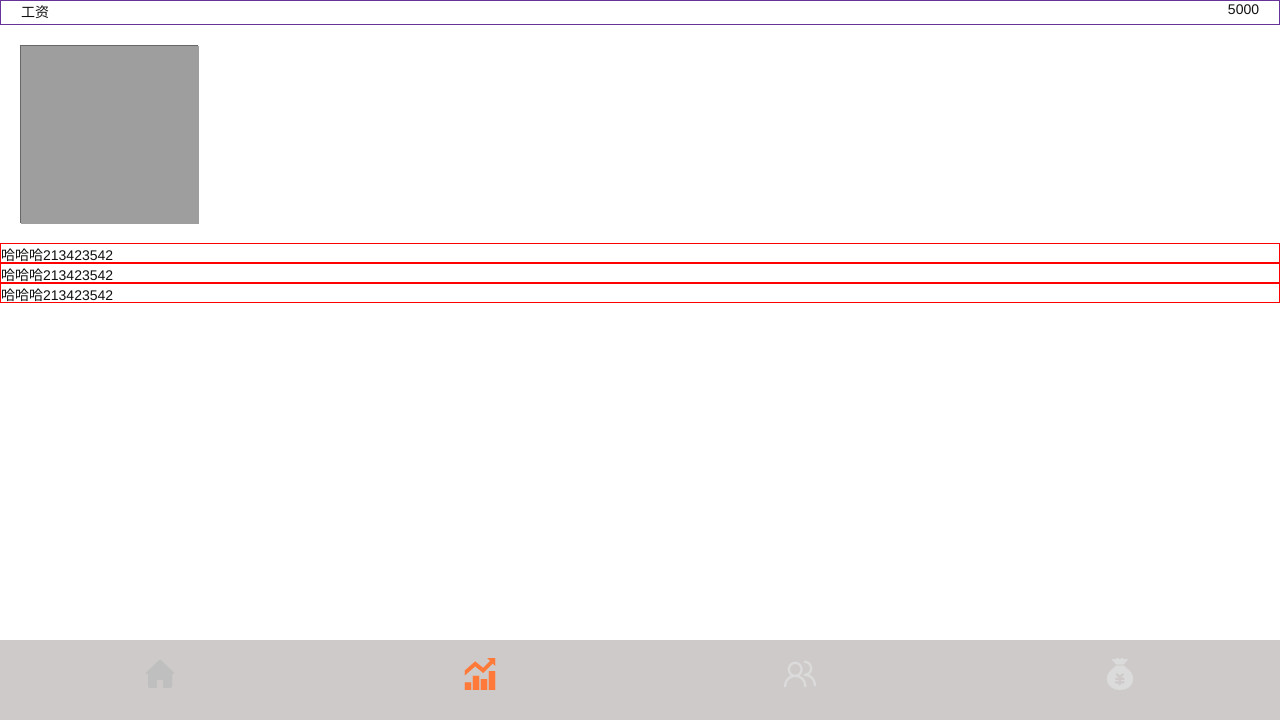
Repository: panlin520-team/lnmj-staffH5
Page: /#/salary
The author's editor kept a copy of each file at every save. The page is drawn from the files as they stood at one save, then again after the next save.
The browser window is 1280 px wide. The pictures show the whole page.
Pictures or frames that could not be fetched are drawn as grey boxes. The project was rebuilt for these pictures with package versions that can differ from the ones it lists, and the page was loaded fresh each time. Also part of the build but not shown: src/views/Lojin.vue.

Above is the page before, as saved 2020-04-09 16:16:45.

### src/main.js
import Vue from 'vue'
import App from './App.vue'
import router from './router'
import store from './store'
import ElementUI from 'element-ui'
import '@/assets/scss/reset.less'
import 'element-ui/lib/theme-chalk/index.css';
Vue.use(ElementUI)


Vue.config.productionTip = false

new Vue({
  router,
  store,
  render: h => h(App)
}).$mount('#app')

### src/App.vue
<template>
  <div id="app">
    <router-view />
  </div>
</template>
<script>
export default {
  data() {
    return {
    };
  },
  created() {},
  methods: {
  }
};
</script>
<style lang="less">
</style>

### src/router/index.js
import Vue from 'vue'
import VueRouter from 'vue-router'
import Lojin from '../views/Lojin.vue'

Vue.use(VueRouter)

const routes = [
  //首页登录
  {
    path: '/',
    name: 'Lojin',
    component: Lojin
  },
  //首页登录
  {
    path: '/Lojin',
    name: 'Lojin',
    component: Lojin
  },
  //用户注册
  {
    path: '/register',
    name: 'Register',
    component: () => import('../views/Register.vue')
  },
  //用户忘记密码
  {
    path: '/forgetpassword',
    name: 'Forgetpassword',
    component: () => import('../views/Forgetpassword.vue')
  },
  //登录首页
  {
    path: '/homepage',
    name: 'Homepage',
    component: () => import('../views/Homepage.vue')
  },
  //业绩
  {
    path: '/performance',
    name: 'Performance',
    component: () => import('../views/Performance.vue')
  },
  //组员
  {
    path: '/crew',
    name: 'Crew',
    component: () => import('../views/Crew.vue')
  },
  //工资
  {
    path: '/salary',
    name: 'Salary',
    component: () => import('../views/Salary.vue')
  },
]

const router = new VueRouter({
  routes
})

export default router

### src/assets/scss/reset.less
* {
  margin: 0;
  padding: 0;
}

div {
  box-sizing: border-box;
  -webkit-tap-highlight-color: rgba(0, 0, 0, 0);
  // -webkit-user-select: none;
}

img {
  border: 0;
}

ul,
ol {
  list-style: none;
}

textarea {
  // 禁止调节文本域尺寸
  resize: none;
  outline-style: none;
  -webkit-appearance: none;
}

input,
button {
  outline-style: none;
  box-sizing: border-box;
  border: none;
}

// 输入框提示文本颜色设置
input::-moz-focus-inner {
  border: 0;
}

input::-webkit-input-placeholder {
  /* WebKit browsers */
  color: #BBB;
}

input::-moz-placeholder {
  /* Mozilla Firefox 19+ */
  color: #BBB;
}

input:-ms-input-placeholder {
  /* Internet Explorer 10+ */
  color: #BBB;
}

html,
body {
  width: 100%;
  height: 100%;
}

body {
  background-color: #ffffff;
  font-family: "Helvetica Neue", Helvetica, "PingFang SC", "Hiragino Sans GB", "Microsoft YaHei", "微软雅黑", Arial, sans-serif;
  font-size: 14px;
  color: #101010;
}

#app {
  position: relative;
  width: 100%;
  height: 100%;
}

// 滚动条尺寸
div::-webkit-scrollbar {
  width: 10px;
  height: 10px;
}

// 滚动条内部方块
// div::-webkit-scrollbar-thumb {
//   border-radius: 10px;
//   box-shadow: inset 0 0 5px rgba(0, 0, 0, 0.2);
//   background: #52BD3A;
// }

// 滚动条轨道
// div::-webkit-scrollbar-track {
//   box-shadow: inset 0 0 5px rgba(0, 0, 0, 0.2);
//   border-radius: 10px;
//   background: rgba(0, 0, 0, 0.1);
// }

.topBand {
  width: 100%;
  height: 80px;
  background: #23A547;
  display: flex;
  position: fixed;
  top: 0;
  left: 0;
  z-index: 100;
}

.container {
  display: flex;
  background: #ffffff;
  padding-top: 80px;
  z-index: 99;
  height: 100%;

  .aside {
    width: 200px;
    min-width: 200px;
    overflow: hidden;
    white-space: nowrap;
    text-overflow: ellipsis;
    position: fixed;
    top: 80px;
    bottom: 0;
    left: 0;
  }

  .main {
    flex: 1;

    &.active {
      padding-left: 200px;
    }
  }
}

.footer {
  height: 80px;
  background: #23A547;
}

.scrollX {
  overflow-x: auto;
  overflow-y: hidden;
}

.scrollY {
  overflow-x: hidden;
  overflow-y: auto;
  width: 100%;
}

.popPage {
  position: fixed;
  top: 0;
  left: 0;
  width: 100%;
  height: 100%;
  padding: 20px;
  z-index: 100;
  background-color: #ffffff;
}

.nowrap {
  overflow: hidden;
  white-space: nowrap;
  text-overflow: ellipsis;
}

.btn-pointer {
  cursor: pointer;
}

### src/views/Salary.vue
 <!--工资-->
<template>
  <div class="salary">
    <div
      class="content"
      :style="{'height': (virtualHeight - 80)+'px','overflow':'auto','margin-bottom':80+'px'}"
    >
      <div class="wage">
        <label>工资</label>
        <span>{{salarywage}}</span>
      </div>
      <div class="uplodse">
        <el-upload
          class="avatar-uploader"
          action="https://jsonplaceholder.typicode.com/posts/"
          :show-file-list="false"
          :on-success="handleAvatarSuccess"
          :before-upload="beforeAvatarUpload"
        >
          <img v-if="imageUrl" :src="imageUrl" class="avatar" />
          <i v-else class="el-icon-plus avatar-uploader-icon"></i>
        </el-upload>
      </div>
      <div class="wwwobjext" v-for="item in dataondter" :key="item.id">
        <label>{{item.name}}</label>
        <span>{{item.number}}</span>
      </div>
    </div>

    <!-- 底部导航 -->
    <div class="switchoverBtn">
      <Btnnavigation></Btnnavigation>
    </div>
  </div>
</template>

<script>
//引入模块
import Btnnavigation from "@/components/Btnnavigation.vue";
export default {
  name: "salary",
  components: { Btnnavigation },
  data() {
    return {
      // 浏览器可视高度
      virtualHeight: window.innerHeight,
      //工资
      salarywage: "5000",
      imageUrl: "../assets/images/backcolor.jpg",
      dataondter: [
        {
          name: "哈哈哈",
          number: "213423542"
        },
         {
          name: "哈哈哈",
          number: "213423542"
        },
         {
          name: "哈哈哈",
          number: "213423542"
        },
      ]
    };
  },
  created() {},
  methods: {
    handleAvatarSuccess(res, file) {
      this.imageUrl = URL.createObjectURL(file.raw);
    },
    beforeAvatarUpload(file) {
      const isLt2M = file.size / 1024 / 1024 < 2;
      if (!isLt2M) {
        this.$message.error("上传头像图片大小不能超过 2MB!");
      }
      return isLt2M;
    }
  }
};
</script>

<style lang="less" scoped>
.salary {
  width: 100%;
  height: 100%;
  position: relative;
  .content {
    width: 100%;
    .wage {
      width: 100%;
      display: flex;
      justify-content: space-between;
      height: 25px;
      border: 1px solid rebeccapurple;
      padding: 0 20px;
    }
    .uplodse {
      width: 178px;
      height: 178px;
      border: 1px solid rgb(104, 102, 102);
      margin: 20px;
      .avatar-uploader .el-upload {
        border: 1px dashed #d9d9d9;
        border-radius: 6px;
        cursor: pointer;
        position: relative;
        overflow: hidden;
      }
      .avatar-uploader .el-upload:hover {
        border-color: #409eff;
      }
      .avatar-uploader-icon {
        font-size: 28px;
        color: #8c939d;
        width: 178px;
        height: 178px;
        line-height: 178px;
        text-align: center;
      }
      .avatar {
        width: 178px;
        height: 178px;
        display: block;
      }
    }
    .wwwobjext {
      width: 100%;
      height: 20px;
      border: 1px solid red;
    }
  }
  .switchoverBtn {
    position: absolute;
    bottom: 0;
    width: 100%;
    height: 80px;
    z-index: 999;
  }
}
</style>

### src/components/Btnnavigation.vue
 <!--底部导航-->
<template>
  <div class="btnnavigation">
    <!-- <div class="somenavigation" to="/homepage">
      <div class="navitnew">
      <router-link to="/homepage">首页</router-link>
      </div>
    </div> -->
    <router-link class="somenavigation" to="/homepage">
      <div class="navitnew">
        <img src="../assets/images/homepage.png" alt />
      </div>
    </router-link>
    <router-link class="somenavigation" to="/Performance">
      <div class="navitnew">
        <img src="../assets/images/performance.png" alt />
      </div>
    </router-link>
    <router-link class="somenavigation" to="/crew">
      <div class="navitnew">
        <img src="../assets/images/crew.png" alt />
      </div>
    </router-link>
    <router-link class="somenavigation" to="/salary">
      <div class="navitnew">
        <img src="../assets/images/wage.png" alt />
      </div>
    </router-link>
  </div>
</template>

<script>
export default {
  name: "btnnavigation",
  components: {},
  data() {
    return {
      operate: [
        { id: 1, name: "系统1", path: "/homepage" },
        { id: 2, name: "系统2", path: "/Performance" },
        { id: 3, name: "系统3", path: "/crew" },
        { id: 4, name: "系统4", path: "/salary" }
      ]
    };
  },
  created() {},
  methods: {
    change() {}
  }
};
</script>

<style lang="less" scoped>
.btnnavigation {
  width: 100%;
  height: 80px;
  position: fixed;
  bottom: 0;
  display: flex;
  background-color: rgb(207, 202, 202);
  .somenavigation {
    width: 25%;
    .navitnew {
      text-align: center;
      line-height: 90px;
      color: red;
    }
  }
}
</style>

Loaded but not shown: public/index.html (common file); src/store/index.js (common file)

After the next save:
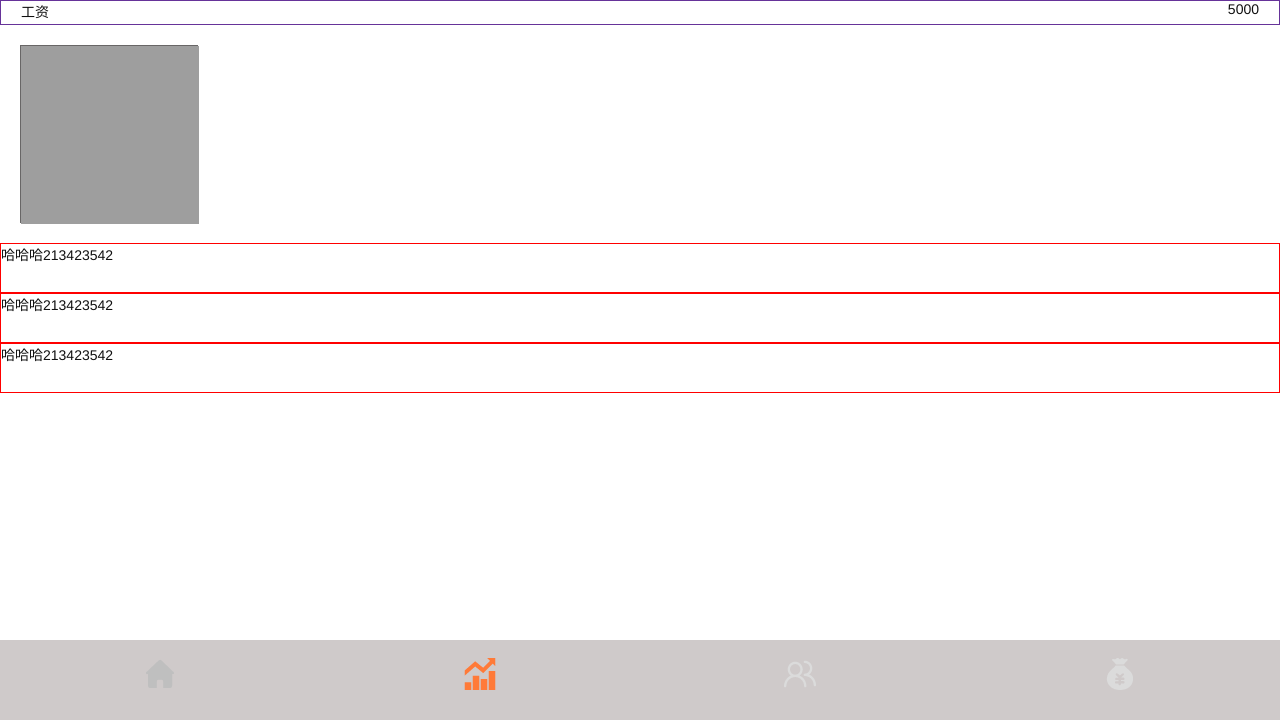
Saved 7 s later.
--- a/src/views/Salary.vue
+++ b/src/views/Salary.vue
@@ -125,7 +125,7 @@ export default {
     }
     .wwwobjext {
       width: 100%;
-      height: 20px;
+      height: 50px;
       border: 1px solid red;
     }
   }
